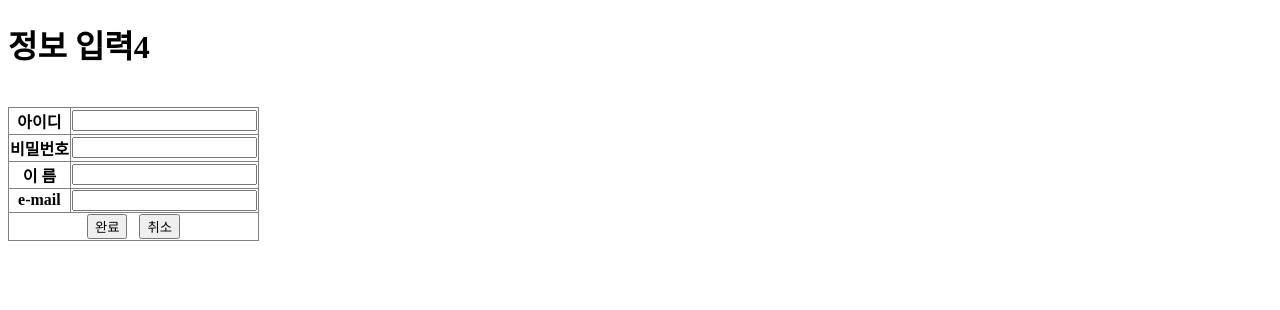
Repository: Jh1227/JSP
Page: http://localhost/12_EL/ex05_bean/memberForm4.jsp
These files come from the project's save history. The page is drawn as it stood at one moment and after the next save; the edit follows.
The browser window is 1280 px wide. The pictures show the whole page.
The page is served by Tomcat 9. Other server files are loaded and not shown.

Above is the page before, as saved 2023-04-10 02:26:35.

### 12_EL/src/main/webapp/ex05_bean/memberForm4.jsp

<!-- ex05_bean/memberForm4.jsp -->

<%@ page language="java" contentType="text/html; charset=UTF-8"
    pageEncoding="UTF-8"%>
<!DOCTYPE html>
<html>
<head>
<meta charset="UTF-8">
<title>memberForm4.jsp</title>
<style type="text/css">
table, th, td { border: 1px solid gray; border-collapse: collapse; }
</style>
</head>
<body>
	<h1>정보 입력4</h1>
	<br>
	<form action="" method ="post">
		<table>
			<tr>
				<th> 아이디 </th>
				<td><input type ="text" name ="id"></td>
			</tr>
			<tr>
				<th> 비밀번호 </th>
				<td><input type ="password" name ="pwd"></td>
			</tr>
			<tr>
				<th> 이 름 </th>
				<td><input type ="text" name ="name"></td>
			</tr>
			<tr>
				<th> e-mail </th>
				<td><input type ="text" name ="email"></td>
			</tr>
			<tr>
				<td colspan ="2" align ="center">
					<input type ="submit" value ="완료"> &nbsp; <input type ="reset" value ="취소">
				</td>
			</tr>
		</table>
	</form>
</body>
</html>

After the next save:
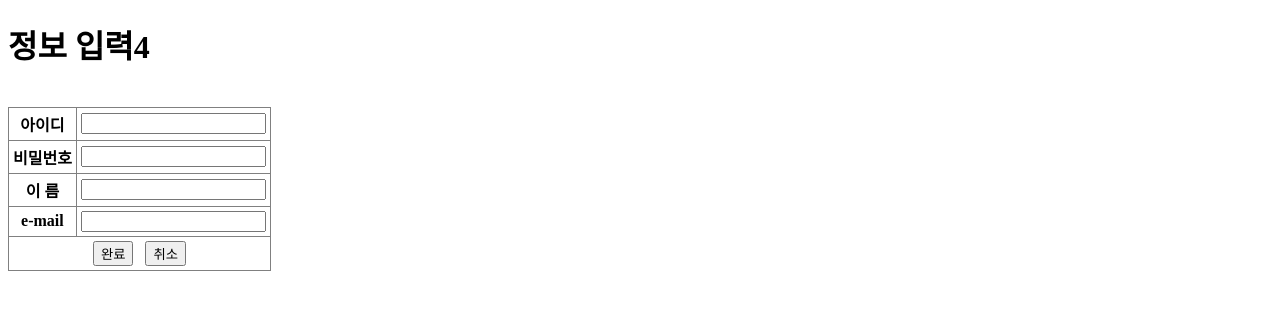
Saved 21 s later.
--- a/12_EL/src/main/webapp/ex05_bean/memberForm4.jsp
+++ b/12_EL/src/main/webapp/ex05_bean/memberForm4.jsp
@@ -9,7 +9,7 @@
 <meta charset="UTF-8">
 <title>memberForm4.jsp</title>
 <style type="text/css">
-table, th, td { border: 1px solid gray; border-collapse: collapse; }
+table, th, td { border: 1px solid gray; border-collapse: collapse; padding: 4px; }
 </style>
 </head>
 <body>
